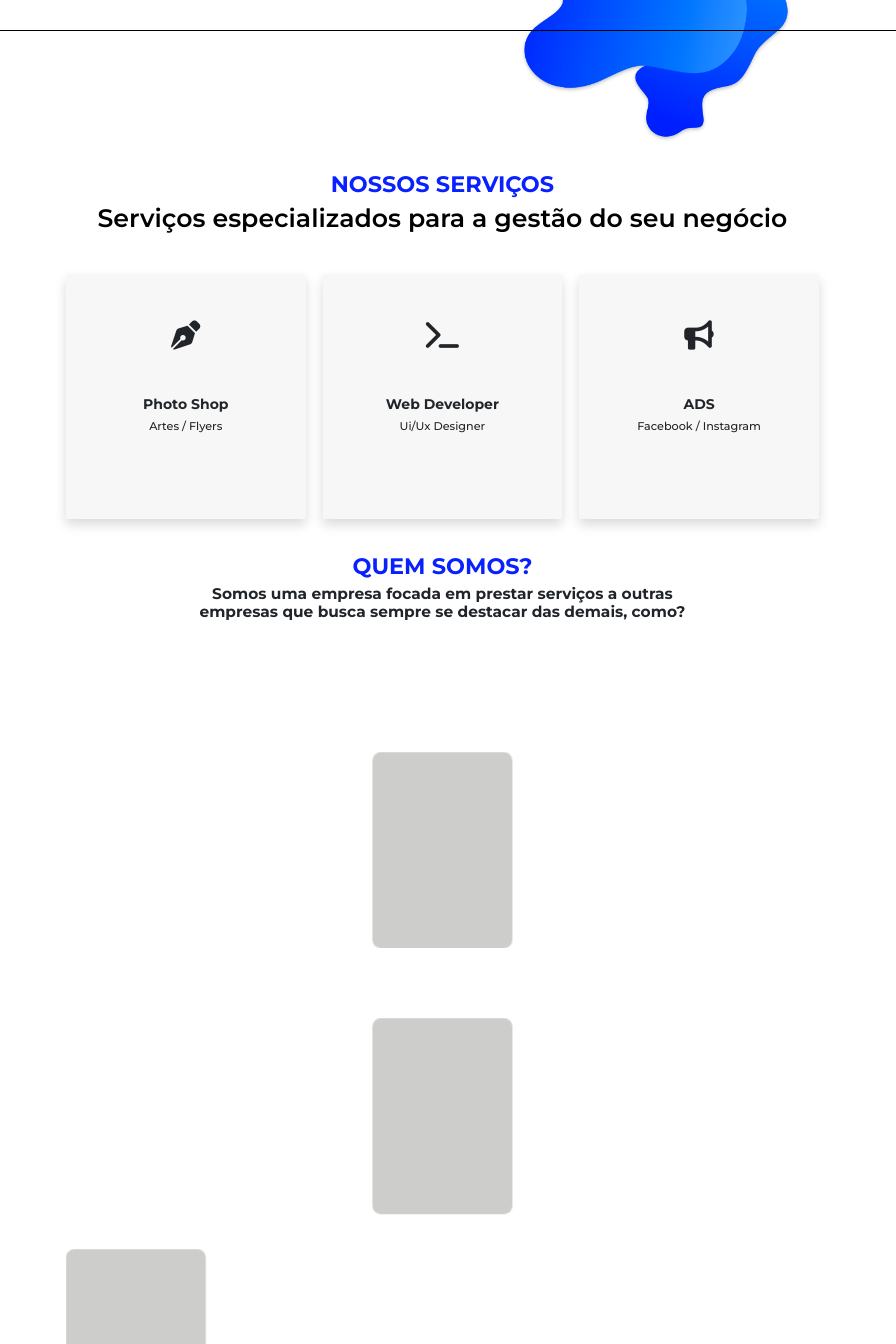
Repository: LifeInClouds/Mondelly
Page: index.html
These files come from the project's save history. The page is drawn as it stood at one moment and after the next save; the edit follows.
The browser window is 1280 px wide. The pictures show the part of the page from y = 322 to 2242 px (the page is 2724 px tall before and 2888 px after), at 70% of full size.
Some web libraries are served in a nearby version.

Above is the page before, as saved 2022-05-03 12:35:45.

### index.html
<!doctype html>
<html lang="en">

<head>
    <!-- Required meta tags -->
    <meta charset="utf-8">
    <meta name="viewport" content="width=device-width, initial-scale=1">

    <!-- Bootstrap CSS -->
    <link href="https://cdn.jsdelivr.net/npm/bootstrap@5.0.2/dist/css/bootstrap.min.css" rel="stylesheet"
        integrity="sha384-EVSTQN3/azprG1Anm3QDgpJLIm9Nao0Yz1ztcQTwFspd3yD65VohhpuuCOmLASjC" crossorigin="anonymous">
    <!-- Fontawesome -->
    <link rel="stylesheet" href="https://cdnjs.cloudflare.com/ajax/libs/font-awesome/6.1.1/css/all.min.css">
    <!--CSS CUSTOM-->
    <link rel="stylesheet" href="style.css">

    <!-- Link Swiper's CSS -->
    <link rel="stylesheet" href="https://unpkg.com/swiper/swiper-bundle.min.css"/>

    <title>Mondelly.com</title>
</head>

<body>
    <!--==NAV BAR==-->
    <nav class="navbar">
        <div class="container-fluid">
            <div class="container">
                <nav class="navbar navbar-expand-lg">
                    <div class="container-fluid">
                        <a class="navbar-brand" href="./index.html">Mondelly.com</a>
                        <button class="navbar-toggler" type="button" data-bs-toggle="collapse"
                            data-bs-target="#navbarNavAltMarkup" aria-controls="navbarNavAltMarkup"
                            aria-expanded="false" aria-label="Toggle navigation">
                            <span class="navbar-toggler-icon"></span>
                        </button>
                        <div class="collapse navbar-collapse justify-content-end" id="navbarNavAltMarkup">
                            <div class="navbar-nav">
                                <a class="nav-link" aria-current="page" href="#">INICIO</a>
                                <a class="nav-link" href="#">SERVIÇOS</a>
                                <a class="nav-link" href="#">SOBRE</a>
                                <button class="btn btn-primary" id="whatsapp">WHATSAPP</button>
                            </div>
                        </div>
                    </div>
                </nav>
            </div>
        </div>

        <div class="container">
            <section id="main">

                <h1 id="evo">EVOLUA COM A <br></h1>
                <h1 id="mondelly">MONDELLY.COM</h1>

                <img src="./img/img-2.png" alt="" id="img-header">

                <div class="container">
                    <div class="services">
                        <h5 id="services">NOSSOS SERVIÇOS</h5>
                        <h1 id="h1-services">Serviços especializados para a gestão do seu negócio</h1>
                    </div>

                    <div class="row row-cols-1 row-cols-md-3 g-4">
                        <div class="col">
                            <div class="card shadow p-3 mb-5 rounded">
                                <i class="fa-solid fa-pen-nib"></i>
                                <div class="card-body">
                                    <h5 class="card-title">Photo Shop</h5>
                                    <p class="card-text">Artes / Flyers</p>
                                </div>
                            </div>
                        </div>
                        <div class="col">
                            <div class="card shadow p-3 mb-5 rounded">
                                <i class="fa-solid fa-terminal"></i>
                                <div class="card-body">
                                    <h5 class="card-title">Web Developer</h5>
                                    <p class="card-text">Ui/Ux Designer</p>
                                </div>
                            </div>
                        </div>
                        <div class="col">
                            <div class="card shadow p-3 mb-5 rounded">
                                <i class="fa-solid fa-bullhorn"></i>
                                <div class="card-body">
                                    <h5 class="card-title">ADS</h5>
                                    <p class="card-text">Facebook / Instagram</p>
                                </div>
                            </div>
                        </div>
                    </div>
                    <h1 id="quem-somos">QUEM SOMOS?</h1>
                    <h3 id="sub-txt">Somos uma empresa focada em prestar serviços a outras <br>
                        empresas que busca sempre se destacar das demais, como?</h3>

                    <div class="row row-cols-2 row-cols-md-4 g-1 swiper mySwiper">
                        <div class="row swiper-wrapper">
                            <div class="card-cliente swiper-slide">
                                <div class="card-title"></div>
                                <div class="card-body"></div>
                            </div>
                        </div>
                        <div class="row swiper-wrapper">
                            <div class="card-cliente swiper-slide">
                            <div class="card-cliente ">
                                <div class="card-title"></div>
                                <div class="card-body"></div>
                            </div>
                        </div>
                        <div class="row swiper-wrapper">
                            <div class="card-cliente swiper-slide">
                            <div class="card-cliente ">
                                <div class="card-title"></div>
                                <div class="card-body"></div>
                            </div>
                        </div>
                        <div class="row">
                            <div class="card-cliente ">
                                <div class="card-title"></div>
                                <div class="card-body"></div>
                            </div>
                        </div>
                        <div class="row">
                            <div class="card-cliente ">
                                <div class="card-title"></div>
                                <div class="card-body"></div>
                            </div>
                        </div>
            </section>
        </div>
        <!-- Optional JavaScript; choose one of the two! -->

        <!-- Option 1: Bootstrap Bundle with Popper -->
        <script src="https://cdn.jsdelivr.net/npm/bootstrap@5.0.2/dist/js/bootstrap.bundle.min.js"
            integrity="sha384-MrcW6ZMFYlzcLA8Nl+NtUVF0sA7MsXsP1UyJoMp4YLEuNSfAP+JcXn/tWtIaxVXM"
            crossorigin="anonymous"></script>

        <!-- Option 2: Separate Popper and Bootstrap JS -->
        <!--
    <script src="https://cdn.jsdelivr.net/npm/@popperjs/core@2.9.2/dist/umd/popper.min.js" integrity="sha384-IQsoLXl5PILFhosVNubq5LC7Qb9DXgDA9i+tQ8Zj3iwWAwPtgFTxbJ8NT4GN1R8p" crossorigin="anonymous"></script>
    <script src="https://cdn.jsdelivr.net/npm/bootstrap@5.0.2/dist/js/bootstrap.min.js" integrity="sha384-cVKIPhGWiC2Al4u+LWgxfKTRIcfu0JTxR+EQDz/bgldoEyl4H0zUF0QKbrJ0EcQF" crossorigin="anonymous"></script>
    -->
</body>

</html>

### style.css
@import url('https://fonts.googleapis.com/css2?family=Montserrat:ital,wght@0,100;0,200;0,300;0,400;0,500;0,600;0,700;0,800;1,900&display=swap');

*{
    margin: 0;
    padding: 0;
    box-sizing: border-box;
    font-family: 'Montserrat', sans-serif;
}

li{
    text-decoration: none;
}
a.navbar-brand{
    font-weight: 700;
    font-size: 26px;
    color: #0921FF;
}
div.navbar-nav a {
    font-weight: 700;
    color: black;
    font-size: 13px;
}
#whatsapp{
    font-weight: 700;
    border-radius: 6px;
    font-size: 13px;
    background-color: #0921FF;
}
#evo{
    margin-top: 80px;
    margin-left: 20px;
    font-weight: 700;
}
#mondelly{
    margin-left: 20px;
    margin-top: -20px;
    color: #0921FF;
    font-weight: 700;
}
img#img-header{
    margin-left: 600px;
    width: 500px;
    height: 500px;
    margin-top: -180px;
}
#text{
    margin: 0 auto;
}
#services{
    font-size: 32px;
    text-align: center;
    color: #0921FF;
    font-weight: 700;
}
#h1-services{
    font-size: 36px;
    text-align: center;
    color: rgb(0, 0, 0);
    font-weight: 600;
}
i{
    font-size: 42px;
    margin-top: 50px;
    align-items: center;
    text-align: center;
    justify-content: center;
}
h5.card-title {
    font-weight: 700;
    text-align: center;
    margin-top: 50px;
}
.card{
    height: 350px;
    margin-top: 50px;
    border-radius: 12px;
    border-style: none;
    background-color: #c4c4c425;
}
.card:hover{
    height: 350px;
    margin-top: 50px;
    border-radius: 12px;
    border-style: none;
    background-color: #ff0178;
    color: #fff;
}
p.card-text{
    text-align: center;
    font-weight: 500;
}
#quem-somos{
    font-size: 32px;
    text-align: center;
    color: #0921FF;
    font-weight: 700;
}
#sub-txt{
    font-size: 22px;
    text-align: center;
    font-weight: 700;
}
.card-cliente{
    background-color: rgba(116, 115, 114, 0.356);
    width: 200px;
    height: 280px;
    border-radius: 12px;
    margin-top: 50px;
}
.swiper {
    width: 100%;
    height: 100%;
  }

  .swiper-slide {
    text-align: center;
    font-size: 18px;
    background: #fff;

    /* Center slide text vertically */
    display: -webkit-box;
    display: -ms-flexbox;
    display: -webkit-flex;
    display: flex;
    -webkit-box-pack: center;
    -ms-flex-pack: center;
    -webkit-justify-content: center;
    justify-content: center;
    -webkit-box-align: center;
    -ms-flex-align: center;
    -webkit-align-items: center;
    align-items: center;
  }

  .swiper-slide img {
    display: block;
    width: 100%;
    height: 100%;
    object-fit: cover;
  }

After the next save:
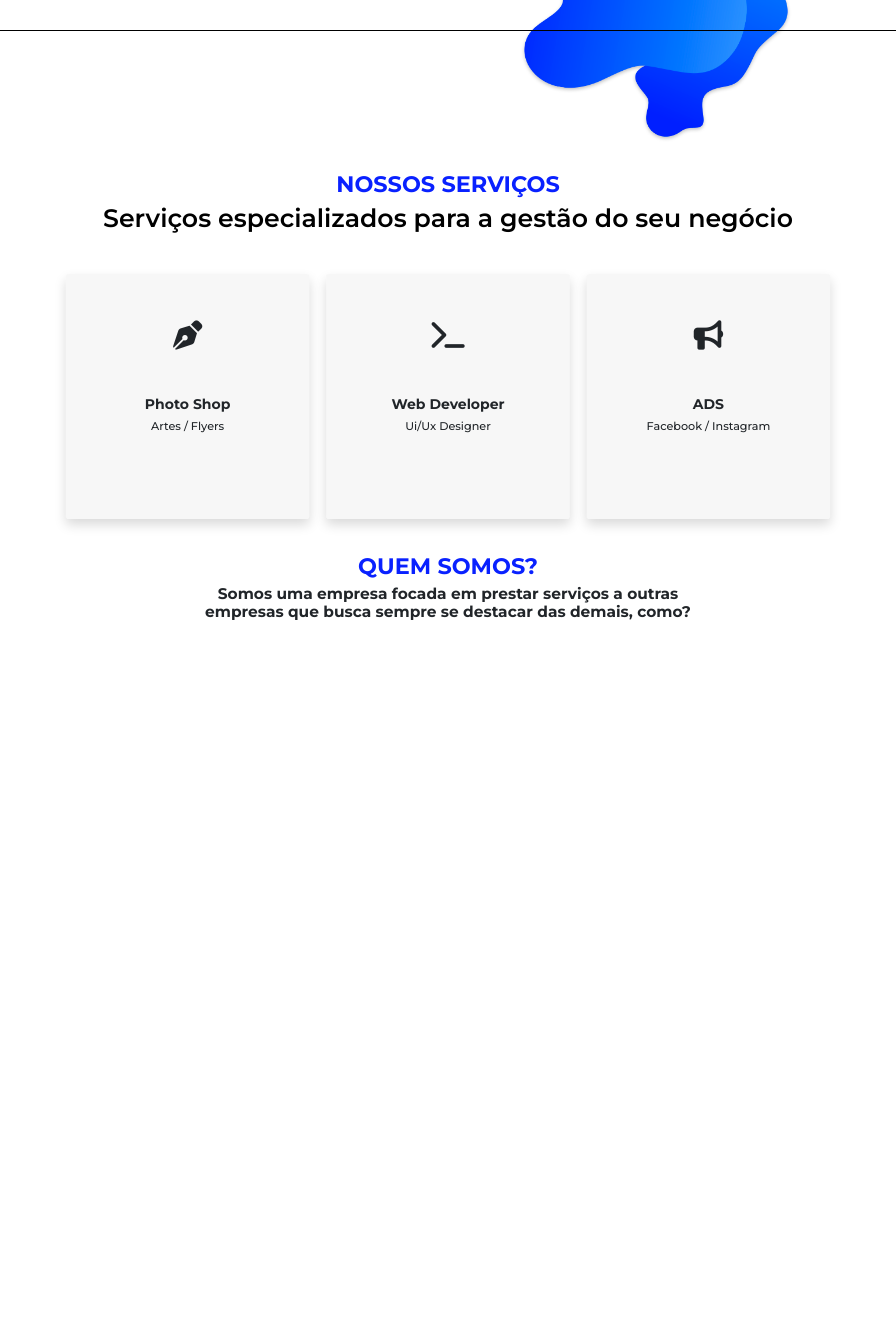
Saved 14 s later.
--- a/index.html
+++ b/index.html
@@ -140,6 +140,28 @@
     <script src="https://cdn.jsdelivr.net/npm/@popperjs/core@2.9.2/dist/umd/popper.min.js" integrity="sha384-IQsoLXl5PILFhosVNubq5LC7Qb9DXgDA9i+tQ8Zj3iwWAwPtgFTxbJ8NT4GN1R8p" crossorigin="anonymous"></script>
     <script src="https://cdn.jsdelivr.net/npm/bootstrap@5.0.2/dist/js/bootstrap.min.js" integrity="sha384-cVKIPhGWiC2Al4u+LWgxfKTRIcfu0JTxR+EQDz/bgldoEyl4H0zUF0QKbrJ0EcQF" crossorigin="anonymous"></script>
     -->
+
+    <!-- Swiper JS -->
+    <script src="https://unpkg.com/swiper/swiper-bundle.min.js"></script>
+
+    <!-- Initialize Swiper -->
+    <script>
+      var swiper = new Swiper(".mySwiper", {
+        slidesPerView: 3,
+        spaceBetween: 30,
+        slidesPerGroup: 3,
+        loop: true,
+        loopFillGroupWithBlank: true,
+        pagination: {
+          el: ".swiper-pagination",
+          clickable: true,
+        },
+        navigation: {
+          nextEl: ".swiper-button-next",
+          prevEl: ".swiper-button-prev",
+        },
+      });
+    </script>
 </body>
 
 </html>
